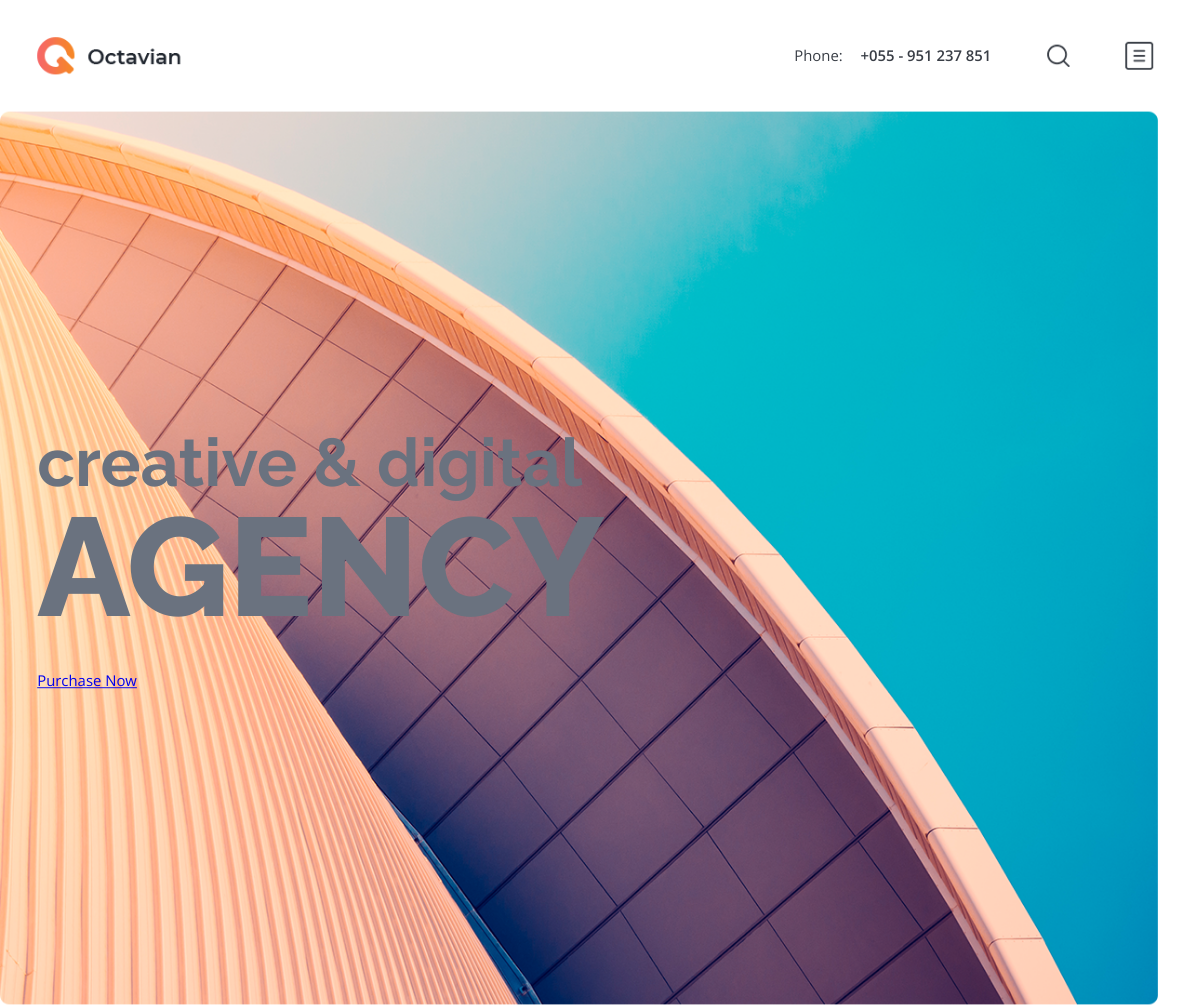
Repository: kate30980/LP-practiceoctavian
Page: index.html
The author's editor kept a copy of each file at every save. The page is drawn from the files as they stood at one save, then again after the next save.
The browser window is 1280 px wide. The pictures show the whole page, at 93% of full size.
The style sheet was rebuilt from its Sass, Less or Tailwind sources for each picture, by a compiler version that may differ from the author's.

Above is the page before, as saved 2021-08-25 09:01:12.

### index.html
<!DOCTYPE html>
<html lang="en">

<head>
    <meta charset="UTF-8">
    <meta http-equiv="X-UA-Compatible" content="IE=edge">
    <meta name="viewport" content="width=device-width, initial-scale=1.0">
    <title>Octavian LP</title>
    <script type="module" src="https://unpkg.com/ionicons@5.5.2/dist/ionicons/ionicons.esm.js"></script>
    <script nomodule src="https://unpkg.com/ionicons@5.5.2/dist/ionicons/ionicons.js"></script>
    <link rel="preconnect" href="https://fonts.googleapis.com">
    <link rel="preconnect" href="https://fonts.gstatic.com" crossorigin>
    <link
        href="https://fonts.googleapis.com/css2?family=Open+Sans:wght@300;400;600;700&family=Raleway:wght@700;800&display=swap"
        rel="stylesheet">
    <link rel="stylesheet" href="css/app.css">
</head>

<body>
    <header class="header">
        <div class="container">
            <div class="header-main">
                <img src="./images/logo.png" alt="logo-header" class="header-logo">
                <div class="navigation">
                    <p class="header-phone">Phone: <span>+055 - 951 237 851</span></p>
                    <img src="./images/icon-search.png" alt="" class="icon-search">
                    <img src="./images/icon-bars.png" alt="" class="icon-toggle">
                </div>
            </div>
        </div>
    </header>
    <main>
        <section class="hero">
            <img src="./images/img1.png" alt="img-header" class="hero-image">
            <div class="container">
                <div class="hero-content">
                    <h2 class="hero-caption second-font">creative & digital</h2>
                    <h1 class="hero-heading second-font">Agency</h1>
                    <a href="#" class="hero-link">Purchase Now</a>
                </div>
            </div>
        </section>
    </main>
</body>

</html>

### sass/app.scss
@import "variables";
@import "reset";
@import "base";
@import "header";
@import "hero";

### sass/_variables.scss
$primary-font: "Open sans", sans-serif;
$secondary-font: "Raleway", sans-serif;
$gray: #393e46;
$gray-light: #6a727f;

### sass/_base.scss
body{
    font-family: $primary-font;
    font-size: 16px;
    line-height:1;
    color: $gray-light;
    max-width: 1920px;
    margin: 0 auto;
}
.container{
    max-width: 1200px;
    margin: 0 auto;
    padding:0 15px;
}
.second-font{
    font-family: $secondary-font;
}

### sass/_header.scss
.header{
    &-main{
         display: flex;
         justify-content: space-between;
         align-items: center;
         padding: 40px 0;
    }
    &-phone{
        color: $gray;
        font-weight: 300;
        span{
            font-weight: 600;
            margin-left: 15px;
        }
    }
}
.navigation{
    display: flex;
    align-items: center;
    gap: 0 60px;
}

### sass/_hero.scss
.hero{
    position: relative;
    &-image{
        margin-left: auto;
    }
    &-content{
        position: absolute;
        top: 50%;
        transform: translateY(-50%);
        z-index: 2;
    }
    &-caption{
        font-size: 72px;
        font-weight: 600;
    }
    &-heading{
        font-weight: 800;font-size: 150px;
        text-transform: uppercase;
        margin-bottom: 40px;
    }
}

Loaded but not shown: sass/_reset.scss (common file)

After the next save:
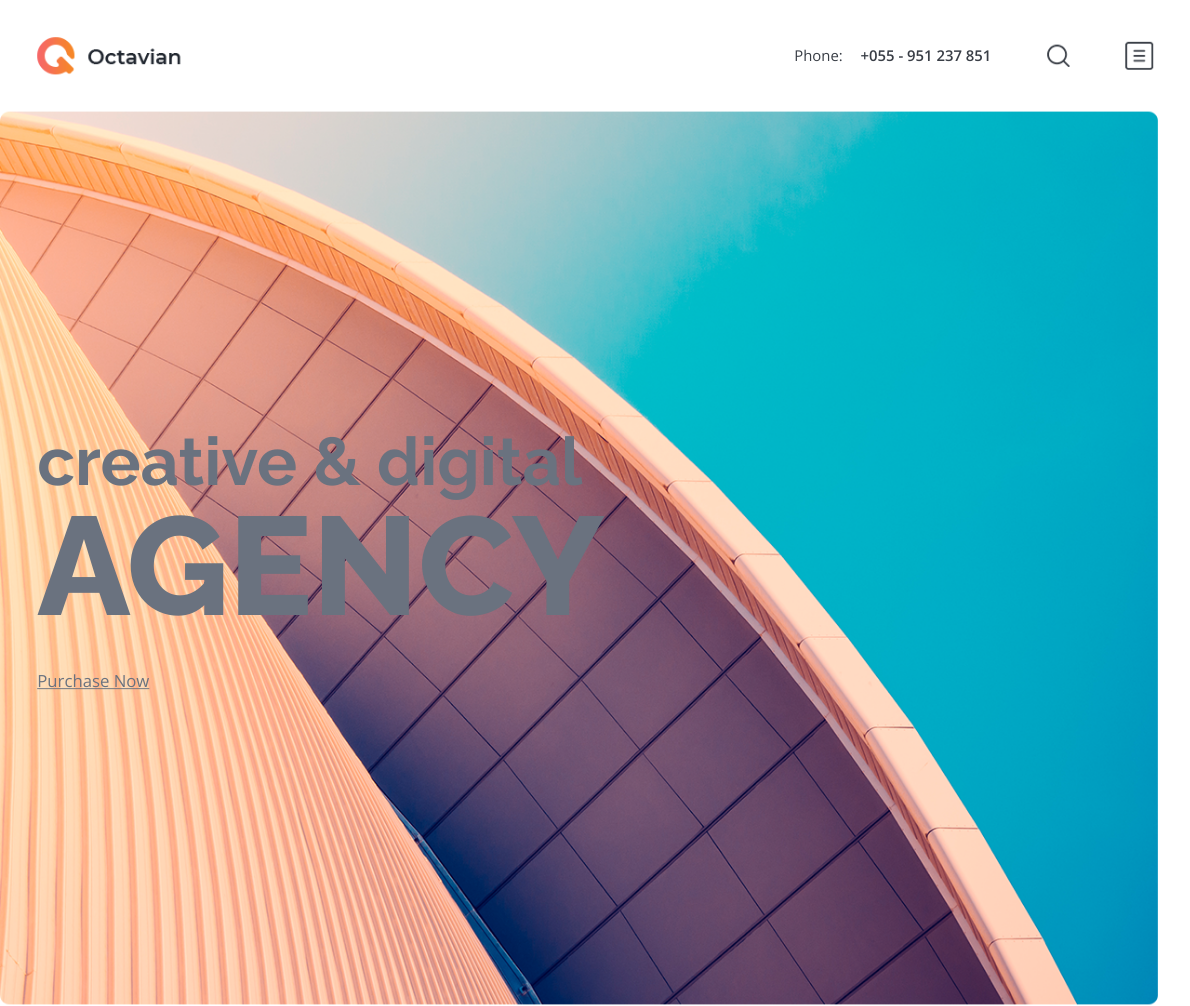
Saved 63 s later.
--- a/sass/_hero.scss
+++ b/sass/_hero.scss
@@ -18,4 +18,10 @@
         text-transform: uppercase;
         margin-bottom: 40px;
     }
+    &-link{
+        font-size: 18px;
+        text-decoration: underline;
+        color: $gray-light;
+        display: inline-block;
+    }
 }
